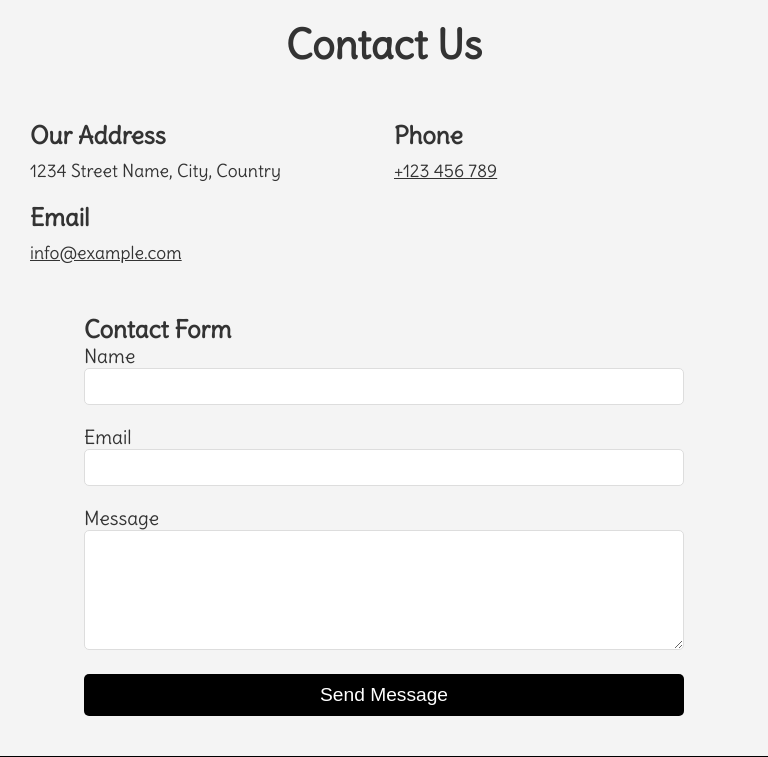
Repository: leerichie/kozi
Page: index.html
An editor plug-in stored every save of this project. The page is shown before and after the next save, followed by the edit.
The browser window is 768 px wide. The pictures show the part of the page from y = 177 to 934 px (the page is 1136 px tall before and 1116 px after).
A picture or video elsewhere on the page could not be fetched, so the positions and the page height are approximate.

Above is the page before, as saved 2024-10-24 19:03:17.

### index.html
<!DOCTYPE html>
<html lang="en">

<head>
    <meta charset="UTF-8">
    <meta name="viewport" content="width=device-width, initial-scale=1.0">
    <meta http-equiv="X-UA-Compatible" content="IE=edge">
    <link rel="stylesheet" href="css/styles.css">
    <title>Contact Form</title>
</head>

<body>
    <!-- Navbar -->
    <header class="navbar">
        <div class="logo">
            <a href="#"><img src="img/logo.png" alt="Logo"></a>
        </div>
        <nav>
            <ul class="nav-links">
                <li><a href="#">Home</a></li>
                <li><a href="#">About</a></li>
                <li><a href="#">Services</a></li>
                <li><a href="#">Contact</a></li>
            </ul>
            <div class="hamburger">
                <span class="bar"></span>
                <span class="bar"></span>
                <span class="bar"></span>
            </div>
        </nav>
    </header>

    <!-- Sidebar (hidden by default) -->
    <div class="sidebar">
        <ul class="sidebar-links">
            <li><a href="#">Home</a></li>
            <li><a href="#">About</a></li>
            <li><a href="#">Services</a></li>
            <li><a href="#">Contact</a></li>
        </ul>
    </div>

    <!-- Contact Section -->
    <div class="container">
        <div class="contact-header">
            <h1>Contact Us</h1>
        </div>
        <div class="contact-info">
            <div class="address">
                <h2>Our Address</h2>
                <p>1234 Street Name, City, Country</p>
            </div>
            <div class="phone">
                <h2>Phone</h2>
                <p><a href="tel:+123456789">+123 456 789</a></p>
            </div>
            <div class="email">
                <h2>Email</h2>
                <p><a href="mailto:info@example.com">info@example.com</a></p>
            </div>
        </div>

        <div class="form-container">
            <h2>Contact Form</h2>
            <form action="#" method="POST" class="contact-form">
                <div class="form-group">
                    <label for="name">Name</label>
                    <input type="text" id="name" name="name" required>
                </div>
                <div class="form-group">
                    <label for="email">Email</label>
                    <input type="email" id="email" name="email" required>
                </div>
                <div class="form-group">
                    <label for="message">Message</label>
                    <textarea id="message" name="message" required></textarea>
                </div>
                <button type="submit" class="submit-btn">Send Message</button>
            </form>
        </div>
    </div>

    <!-- Footer -->
    <footer class="footer">
        <div class="footer-container">
            <div class="footer-logo">
                <a href="#"><img src="img/logo.png" alt="Footer Logo"></a>
            </div>
            <div class="footer-text">
                <p>&copy; 2024 Your Company Name</p>
            </div>
            <div class="footer-social">
                <a href="#"><img src="img/facebook.png" alt="Facebook"></a>
                <a href="#"><img src="img/twitter.png" alt="Twitter"></a>
                <a href="#"><img src="img/instagram.png" alt="Instagram"></a>
            </div>
        </div>
    </footer>

    <script src="js/script.js"></script>
</body>

</html>

### css/styles.css
@font-face {
  font-family: "Delius";
  src: url("/fonts/Delius-Regular.ttf") format("truetype");
  font-weight: normal;
  font-style: normal;
}

@font-face {
  font-family: "Merriweather";
  src: url("/fonts/Kranky-Regular.ttf") format("truetype");
  font-weight: bold;
  font-style: normal;
}

@font-face {
  font-family: "Lora";
  src: url("/fonts/LeckerliOne-Regular.ttf") format("truetype");
  font-weight: normal;
  font-style: italic;
}
/* General Styling */
* {
  margin: 0;
  padding: 0;
  box-sizing: border-box;
}

body {
  font-family: "Delius", sans-serif;
  background-color: #f4f4f4;
  color: #333;
}

/* Navbar Styles */
.navbar {
  display: flex;
  justify-content: space-between;
  align-items: center;
  padding: 20px;
  background-color: #000;
  color: #fff;
}

.navbar .logo img {
  width: 150px;
}

.navbar nav {
  display: flex;
  align-items: center;
}

.nav-links {
  display: flex;
  list-style: none;
}

.nav-links li {
  margin-left: 20px;
}

.nav-links a {
  text-decoration: none;
  color: #fff;
  font-size: 1.2rem;
  transition: color 0.3s ease;
}

.nav-links a:hover {
  color: #f4a261;
}

/* hamburger - mob - animated */
.hamburger {
  display: none;
  flex-direction: column;
  cursor: pointer;
  transition: all 0.3s ease;
}

.hamburger .bar {
  width: 25px;
  height: 3px;
  background-color: white;
  margin: 4px 0;
  transition: all 0.3s ease;
}

.hamburger.active .bar:nth-child(1) {
  transform: rotate(45deg) translate(5px, 5px);
}

.hamburger.active .bar:nth-child(2) {
  opacity: 0;
}

.hamburger.active .bar:nth-child(3) {
  transform: rotate(-45deg) translate(5px, -5px);
}

/* Sidebar */
.sidebar {
  position: fixed;
  top: 0;
  right: -250px;
  width: 250px;
  height: 100%;
  background-color: #000;
  color: #fff;
  transition: 0.3s;
  padding-top: 60px;
  z-index: 999;
}

.sidebar.active {
  right: 0;
}

.sidebar-links {
  list-style: none;
  padding: 0;
  text-align: center;
}

.sidebar-links li {
  margin: 20px 0;
}

.sidebar-links a {
  text-decoration: none;
  color: #fff;
  font-size: 1.5rem;
  transition: color 0.3s ease;
}

.sidebar-links a:hover {
  color: #f4a261;
}

/* Contact Section */
.container {
  max-width: 1200px;
  margin: 0 auto;
  padding: 40px 20px;
}

.contact-header h1 {
  text-align: center;
  font-size: 2.5rem;
  margin-bottom: 40px;
}

.contact-info {
  display: flex;
  justify-content: space-between;
  flex-wrap: wrap;
  margin-bottom: 40px;
}

.contact-info div {
  flex: 1;
  min-width: 250px;
  margin: 10px;
}

.contact-info h2 {
  font-size: 1.5rem;
  margin-bottom: 10px;
}

.contact-info p,
.contact-info a {
  font-size: 1.1rem;
  color: #333;
}

.form-container {
  max-width: 600px;
  margin: 0 auto;
}

.contact-form {
  display: flex;
  flex-direction: column;
}

.form-group {
  margin-bottom: 20px;
}

.form-group label {
  margin-bottom: 10px;
  font-size: 1.2rem;
}

.form-group input,
.form-group textarea {
  width: 100%;
  padding: 10px;
  border: 1px solid #ddd;
  border-radius: 5px;
}

textarea {
  height: 120px;
}

.submit-btn {
  padding: 10px 20px;
  background-color: #000;
  color: #fff;
  border: none;
  border-radius: 5px;
  font-size: 1.2rem;
  cursor: pointer;
}

.submit-btn:hover {
  background-color: #f4a261;
}

/* Footer Styles */
.footer {
  background-color: #000;
  color: white;
  padding: 40px 20px;
  text-align: center;
}

.footer-container {
  display: flex;
  justify-content: space-between;
  align-items: center;
  max-width: 1200px;
  margin: 0 auto;
  flex-wrap: wrap;
}

.footer-logo img {
  width: 100px;
}

.footer-text p {
  font-size: 1.1rem;
}

.footer-social a {
  margin: 0 10px;
}

.footer-social img {
  width: 25px;
  filter: invert(100%);
}

/* Mobile Styles */
@media (max-width: 768px) {
  .nav-links {
    display: none;
    flex-direction: column;
    position: absolute;
    background-color: #000;
    top: 70px;
    right: 0;
    width: 100%;
  }

  .nav-links.active {
    display: flex;
  }

  .nav-links li {
    text-align: center;
    margin: 20px 0;
  }

  .hamburger {
    display: flex;
  }

  .footer-container {
    flex-direction: column;
  }
}

### js/script.js
const hamburger = document.querySelector('.hamburger');
const sidebar = document.querySelector('.sidebar');

hamburger.addEventListener('click', () => {
    sidebar.classList.toggle('active');
    hamburger.classList.toggle('active');
});

window.addEventListener('scroll', () => {
    sidebar.classList.remove('active');
    hamburger.classList.remove('active');
});

After the next save:
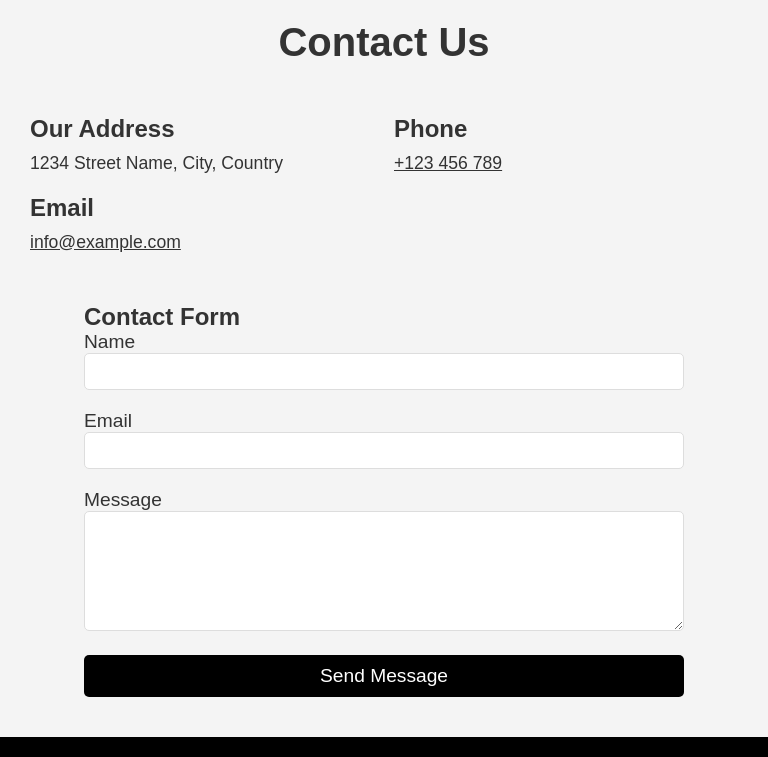
Saved 24 s later.
--- a/css/styles.css
+++ b/css/styles.css
@@ -26,7 +26,7 @@
 }
 
 body {
-  font-family: "Delius", sans-serif;
+  font-family: "Arial", sans-serif;
   background-color: #f4f4f4;
   color: #333;
 }
@@ -70,7 +70,7 @@ body {
   color: #f4a261;
 }
 
-/* hamburger - mob - animated */
+/* Hamburger Menu Animation */
 .hamburger {
   display: none;
   flex-direction: column;
@@ -86,6 +86,7 @@ body {
   transition: all 0.3s ease;
 }
 
+/* Animate the hamburger into an 'X' */
 .hamburger.active .bar:nth-child(1) {
   transform: rotate(45deg) translate(5px, 5px);
 }
@@ -255,29 +256,14 @@ textarea {
 
 /* Mobile Styles */
 @media (max-width: 768px) {
-  .nav-links {
-    display: none;
-    flex-direction: column;
-    position: absolute;
-    background-color: #000;
-    top: 70px;
-    right: 0;
-    width: 100%;
-  }
-
-  .nav-links.active {
-    display: flex;
-  }
-
-  .nav-links li {
-    text-align: center;
-    margin: 20px 0;
-  }
-
   .hamburger {
     display: flex;
   }
 
+  .nav-links {
+    display: none;
+  }
+
   .footer-container {
     flex-direction: column;
   }
